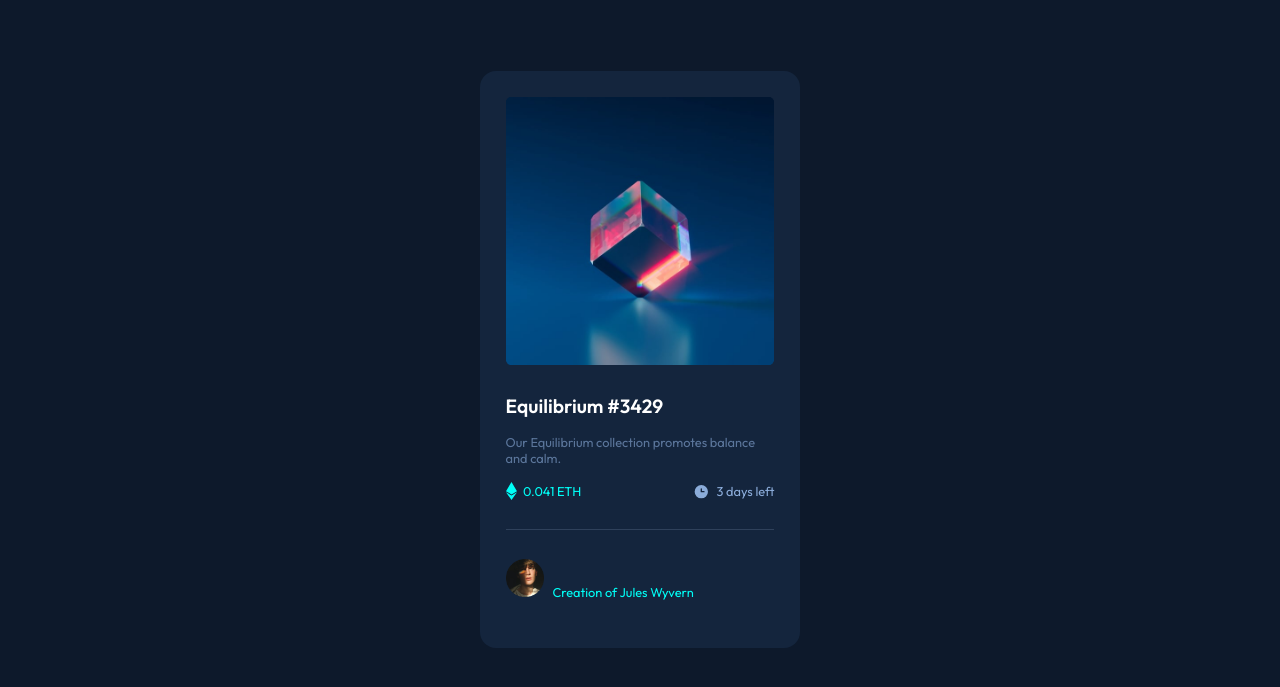
Repository: thaibaocoder1/nft-preview-card-component
Page: index.html
The author's editor kept a copy of each file at every save. The page is drawn from the files as they stood at one save, then again after a run of saves.
The browser window is 1280 px wide. The pictures show the whole page.

Above is the page before, as saved 2023-01-06 18:57:25.

After the next 23 saves:
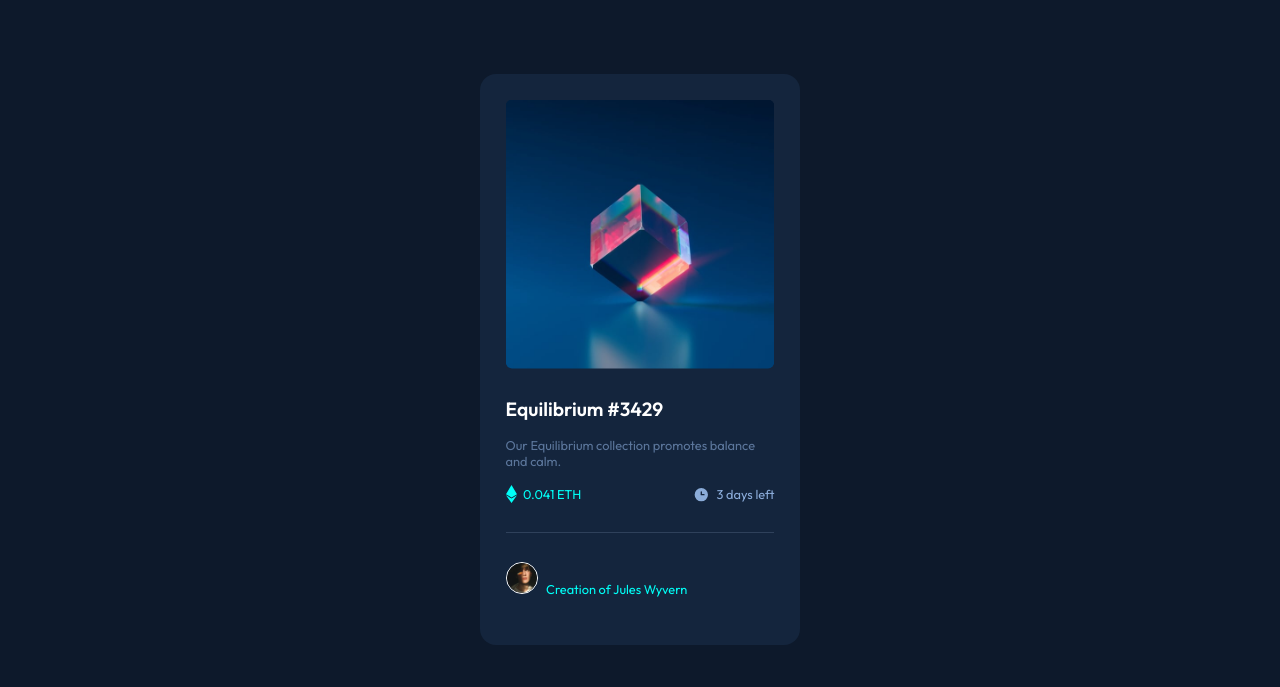
The 23 saves are shown as one change because they came seconds apart.
The last was saved 35 s later.
--- a/style.css
+++ b/style.css
@@ -86,6 +86,8 @@ body {
     padding-top: 1.8rem;
 }
 .container .container-footer .container-date--image {
-    width: 2.4rem;
-    height: 2.4rem;
+    width: 2rem;
+    height: 2rem;
+    border-radius: 50%;
+    border: 1px solid var(--white-color);
 }
